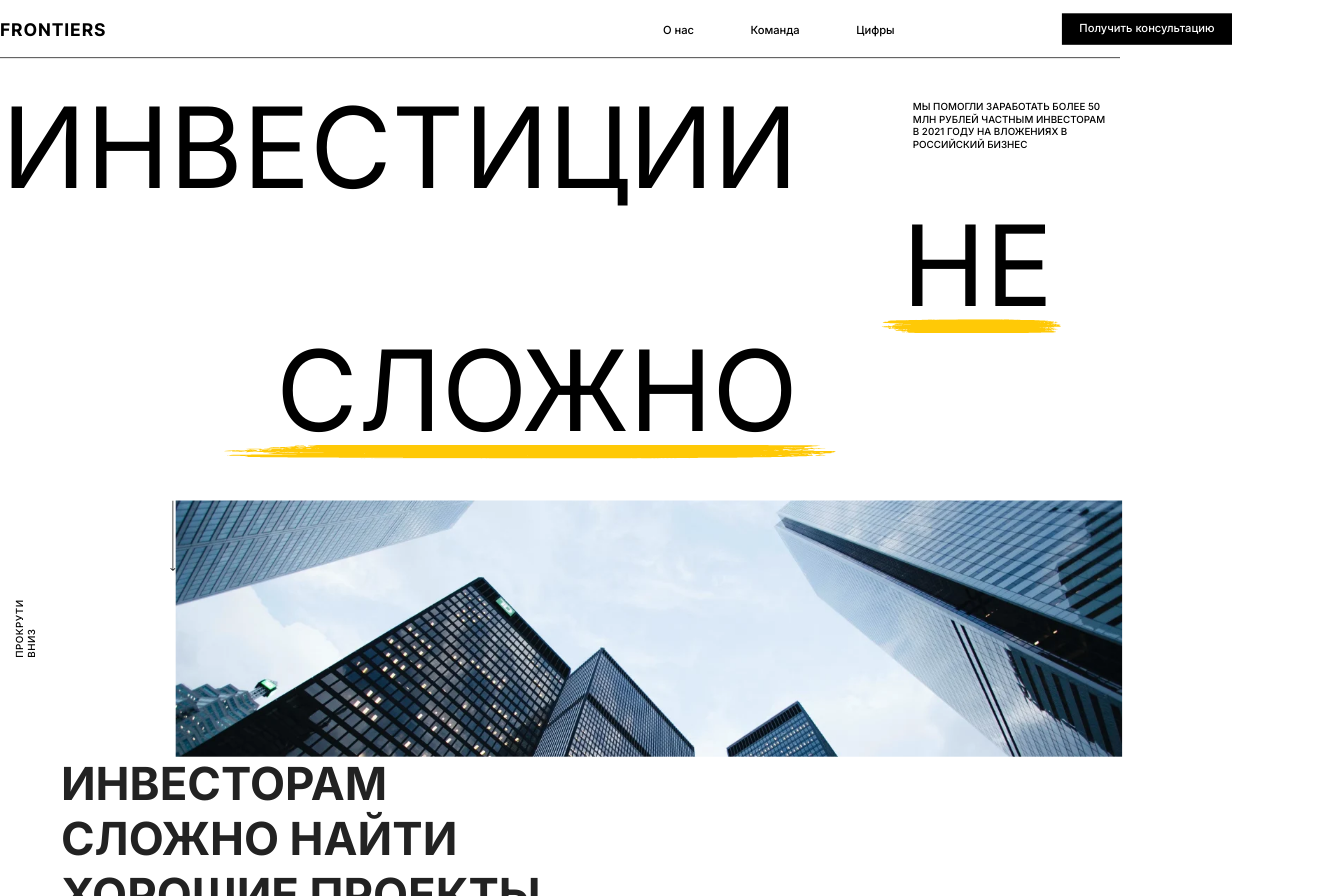
Repository: NadyaKorvin/frontiers
Page: /
An editor plug-in stored every save of this project. The page is shown before and after the next save, followed by the edit.
The browser window is 1280 px wide. The page is 1920 px wide, so the pictures cover 1920 px, including what lies to the right of the window. The pictures show the part of the page from y = 0 to 1280 px (the page is 2633 px tall), at 70% of full size.
The project was rebuilt for these pictures with package versions that can differ from the ones it lists, and the page was loaded fresh each time.

Above is the page before, as saved 2022-05-26 16:42:22.

After the next save:
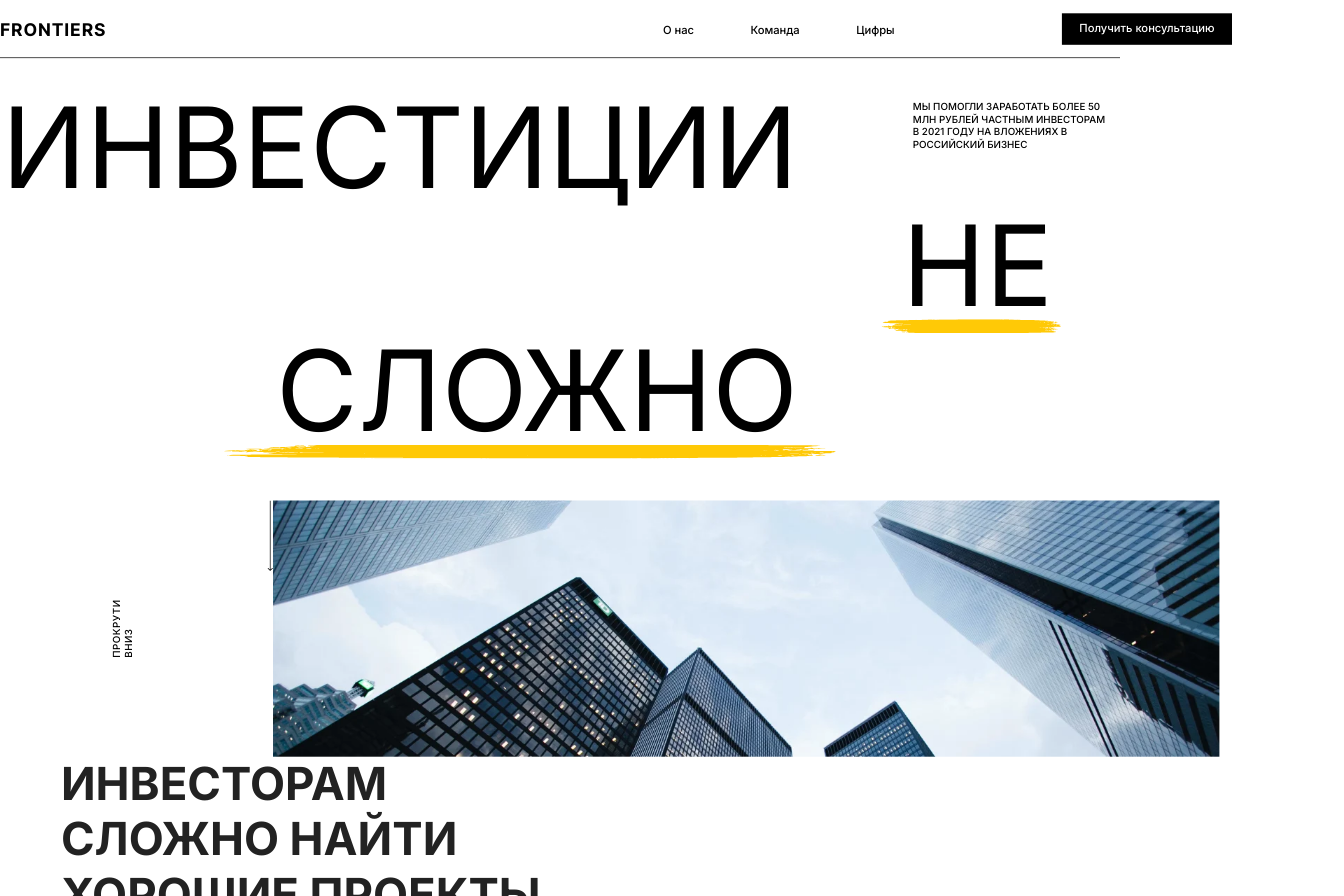
Saved 8 s later.
--- a/src/components/firstScreen/FirstScreen.css
+++ b/src/components/firstScreen/FirstScreen.css
@@ -151,7 +151,7 @@
 }
 
 .firstscreen__content_bottom_content_left_scrolldown {
-  mar
+  margin-left: 139px;
   font-family: "Inter";
   font-style: normal;
   font-weight: 500;
